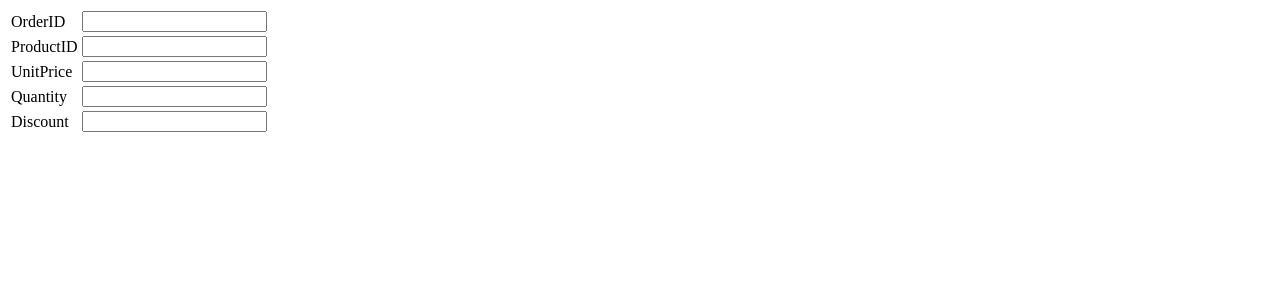
Repository: kaza1509/PRJ301
Page: SE1613/web/addOrderDetail.html
An editor plug-in stored every save of this project. The page is shown before and after a run of saves, followed by the edit.
The browser window is 1280 px wide. The pictures show the whole page.

Above is the page before, as saved 2022-01-20 00:49:08.

### SE1613/web/addOrderDetail.html
<!DOCTYPE html>
<html lang="en">
    <head>
        <meta charset="UTF-8">
        <meta http-equiv="X-UA-Compatible" content="IE=edge">
        <meta name="viewport" content="width=device-width, initial-scale=1.0">
        <title>Document</title>
    </head>
    <body>
        <form action="" method="post">
            <table>
                <tr>
                    <td>OrderID</td>
                    <td>
                        <input type="number" name="orderId">
                    </td>
                </tr>
                <tr>
                    <td>ProductID</td>
                    <td>
                        <input type="number" name="productId">
                    </td>
                </tr>
                <tr>
                    <td>UnitPrice</td>
                    <td>
                        <input type="number" name="unitPrice" step="0.1">
                    </td>
                </tr>
                <tr>
                    <td>Quantity</td>
                    <td>
                        <input type="number" name="quantity">
                    </td>
                </tr>
                <tr>
                    <td>Discount</td>
                    <td>
                        <input type="number" name="discount" step="0.1">
                    </td>
                </tr>
            </table>
        </form>
    </body>
</html>

After the next 2 saves:
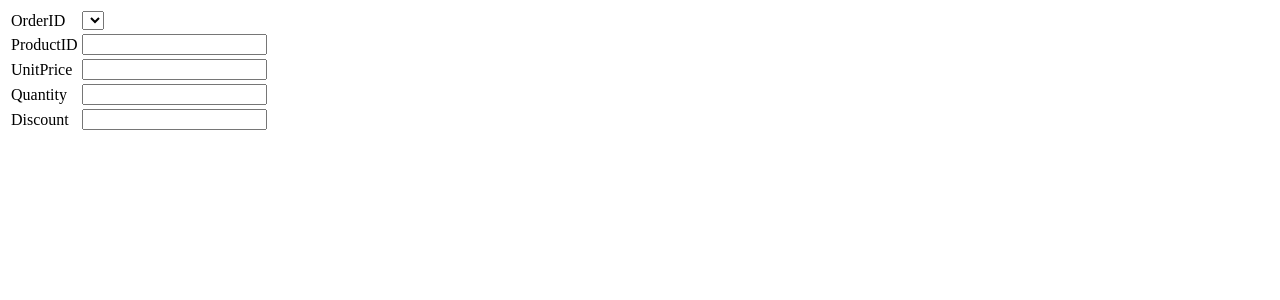
The 2 saves are shown as one change because they came seconds apart.
The last was saved 18 s later.
--- a/SE1613/web/addOrderDetail.html
+++ b/SE1613/web/addOrderDetail.html
@@ -12,7 +12,7 @@
                 <tr>
                     <td>OrderID</td>
                     <td>
-                        <input type="number" name="orderId">
+                        <select name="" id=""></select>
                     </td>
                 </tr>
                 <tr>
